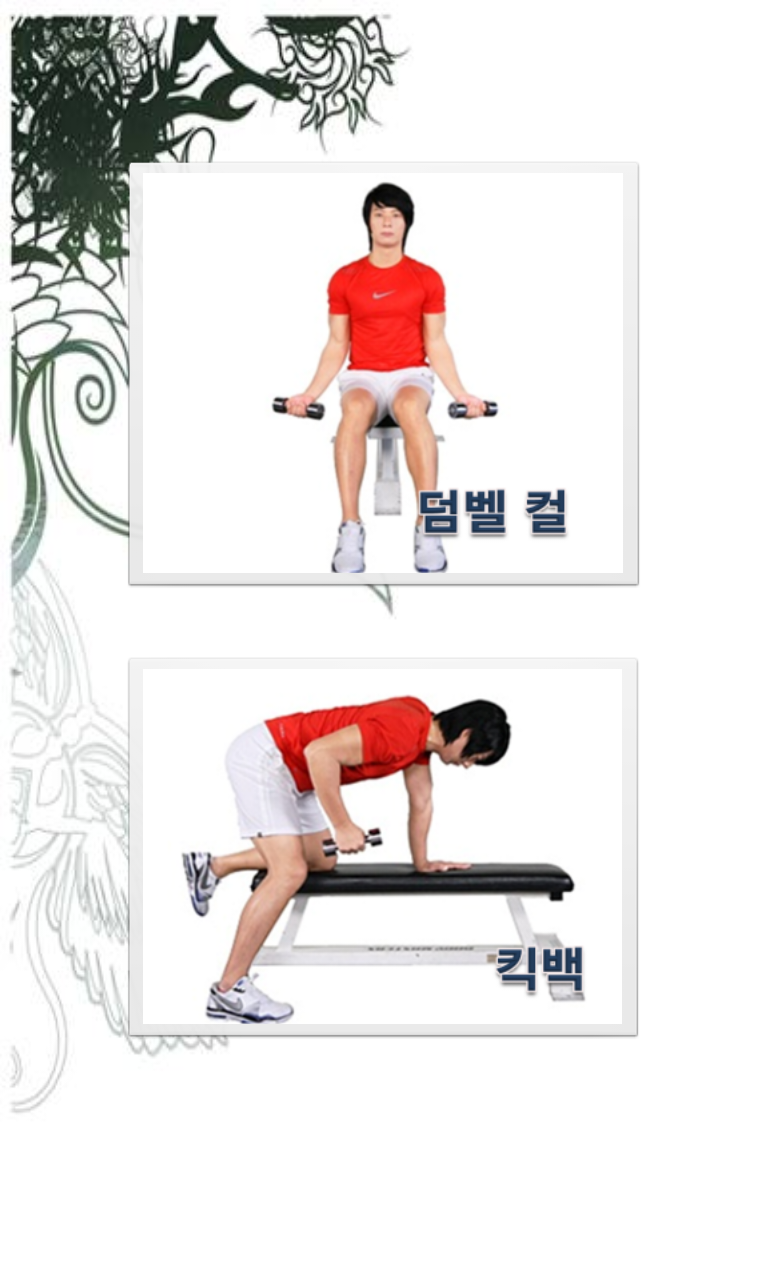
Repository: LewisLim579/2013TeamProject
Layout: PtsApp/res/layout/sa4.xml
The author's editor kept a copy of each file at every save. The layout is drawn from the files as they stood at one save, then again after the next save.
It is drawn on a 768 x 1280 px phone screen (xhdpi) without system bars, with theme android:Theme.NoTitleBar.Fullscreen; the app's code is not run.

Above is the layout before, as saved 2013-05-27 17:22:02.

After the next save:
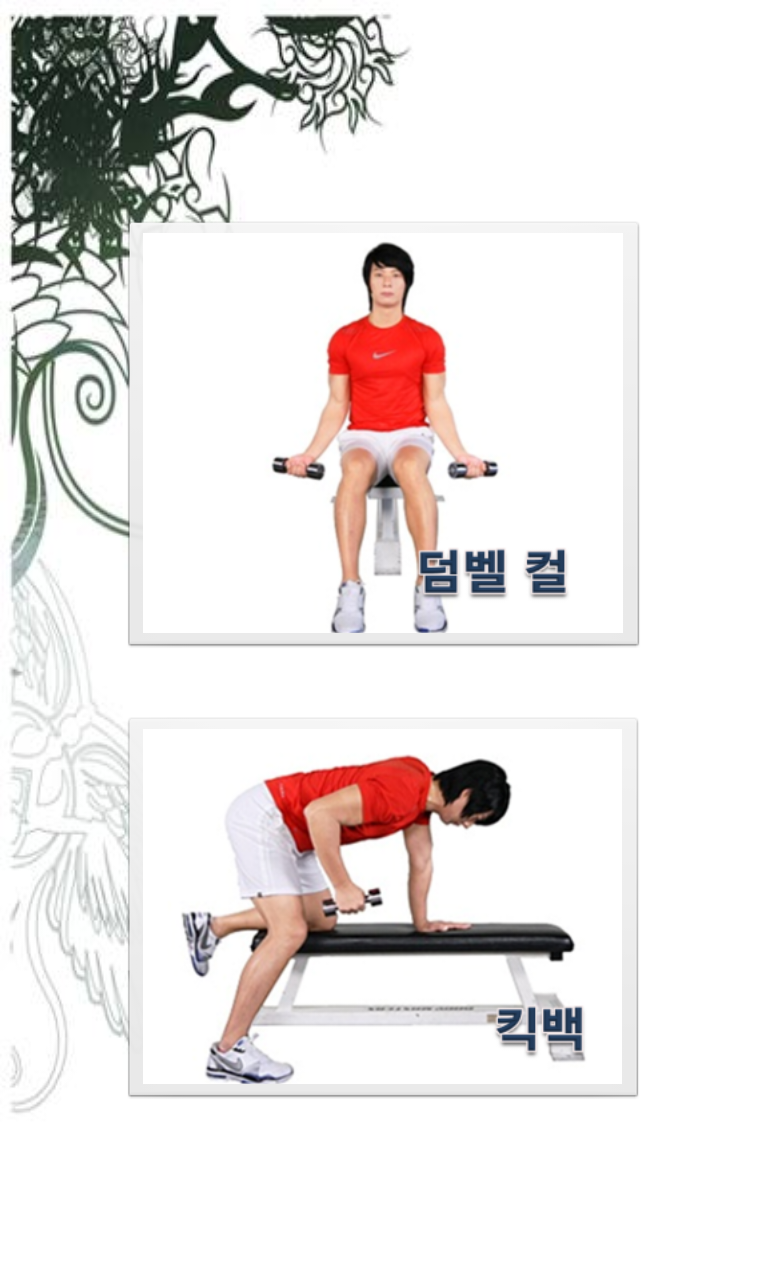
Saved 38 s later.
--- a/PtsApp/res/layout/sa4.xml
+++ b/PtsApp/res/layout/sa4.xml
@@ -10,7 +10,7 @@
         android:layout_width="wrap_content"
         android:layout_height="wrap_content"
         android:src="@drawable/p1"
-        android:layout_marginTop="80dp"
+        android:layout_marginTop="110dp"
         android:layout_gravity="center" />
 
     <ImageButton
